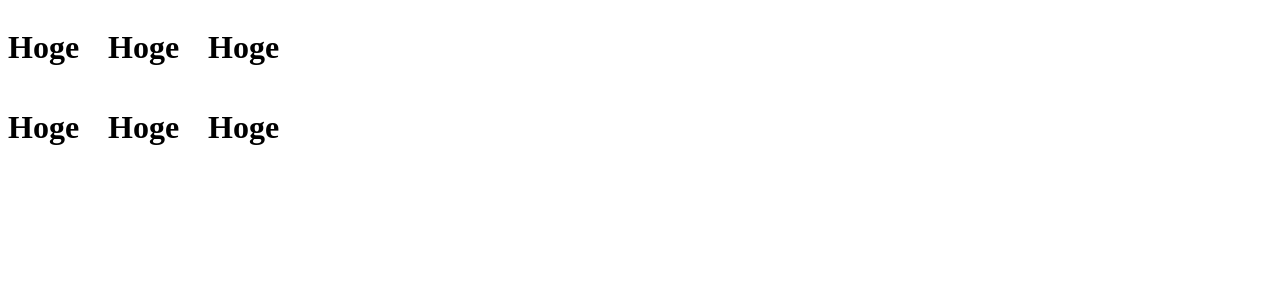
Repository: Tyarinnko/samurai_HTML-CSS
Page: about.html
The author's editor kept a record of every edit. The page is drawn from the files as they stood at one moment, then again after the next edit.
The browser window is 1280 px wide. The pictures show the whole page.

Above is the page before.

After the next edit:
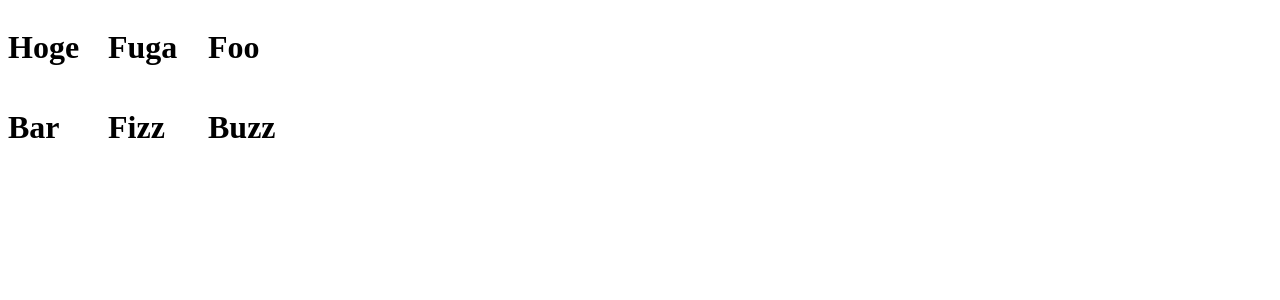
The edit:
--- a/about.html
+++ b/about.html
@@ -11,11 +11,11 @@
     <body>
         <div id="grid">
             <h1>Hoge</h1>
-            <h1>Hoge</h1>
-            <h1>Hoge</h1>
-            <h1>Hoge</h1>
-            <h1>Hoge</h1>
-            <h1>Hoge</h1>
+            <h1>Fuga</h1>
+            <h1>Foo</h1>
+            <h1>Bar</h1>
+            <h1>Fizz</h1>
+            <h1>Buzz</h1>
         </div>
     </body>
 </html>
